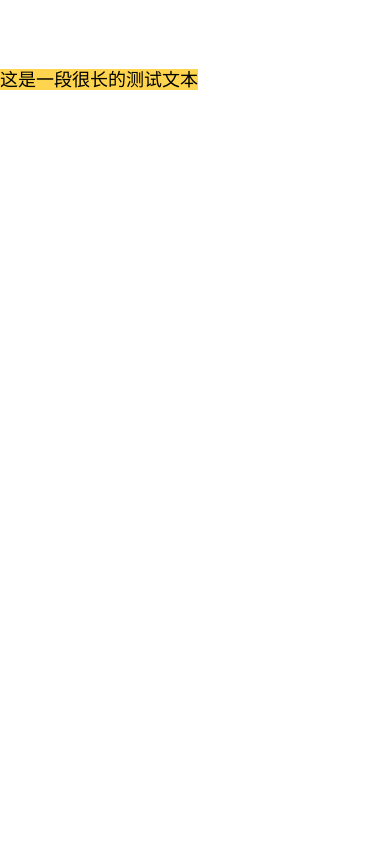
Repository: obstrux/test-vosk
Page: /
The author's editor kept a copy of each file at every save. The page is drawn from the files as they stood at one save, then again after a run of saves.
The browser window is 390 px wide. The pictures show the whole page.
The app was drawn by React Native's web renderer in a window 390 px wide. The project was rebuilt for these pictures with package versions that can differ from the ones it lists, and the page was loaded fresh each time.

Above is the page before, as saved 2025-11-02 21:30:30.

### App.tsx
/**
 * Sample React Native App
 * https://github.com/facebook/react-native
 *
 * @format
 */

import { NewAppScreen } from '@react-native/new-app-screen';
import { StatusBar, StyleSheet, useColorScheme, View } from 'react-native';
import {
  SafeAreaProvider,
  useSafeAreaInsets,
} from 'react-native-safe-area-context';
import ReaderHighlighter from './ReaderHighlighter';
import { useEffect, useState } from 'react';

function App() {
  const isDarkMode = useColorScheme() === 'dark';

  return (
    <SafeAreaProvider>
      <StatusBar barStyle={isDarkMode ? 'light-content' : 'dark-content'} />
      <AppContent />
    </SafeAreaProvider>
  );
}

function AppContent() {
  const safeAreaInsets = useSafeAreaInsets();

  const [fullText, setFullText] = useState('这是一段很长的测试文本');
  const [recognizedText, setRecognizedText] = useState('');

  useEffect(() => {
		const arr = fullText.split('')
    setTimeout(() => {
      setRecognizedText('这是一段很长的测试文本');
    }, 1000);
  }, []);

  return (
    <View style={styles.container}>
      <ReaderHighlighter fullText={fullText} recognizedText={recognizedText} />
    </View>
  );
}

const styles = StyleSheet.create({
  container: {
    flex: 1,
    paddingTop: 64,
  },
});

export default App;

### ReaderHighlighter.tsx
import React, { useRef, useState, useEffect } from 'react';
import { Text, View, ScrollView, StyleSheet } from 'react-native';
import { diff_match_patch } from 'diff-match-patch';

const dmp = new diff_match_patch();

const ReaderHighlighter = ({ fullText, recognizedText }) => {
  const scrollRef = useRef<ScrollView>(null);
  const cursorRef = useRef<Text>(null);
  const [readIndex, setReadIndex] = useState(0);

  useEffect(() => {
    if (!recognizedText) return;
    updateReadIndex(recognizedText);
  }, [recognizedText]);

  // 容错推进匹配
  const updateReadIndex = (recognized: string) => {
    const diff = dmp.diff_main(fullText.slice(readIndex), recognized);
    dmp.diff_cleanupSemantic(diff);

    let matched = 0;
    diff.forEach(([type, value]) => {
      if (type === 0) matched += value.length; // 匹配字数累加
    });

    const newIndex = Math.min(readIndex + matched, fullText.length);
    if (newIndex !== readIndex) {
      setReadIndex(newIndex);
      scrollToReading();
    }
  };

  // 自动滚动到当前阅读位置
  const scrollToReading = () => {
    setTimeout(() => {
      cursorRef.current?.measureLayout(
        scrollRef.current.getScrollableNode(),
        (x, y) => {
          scrollRef.current?.scrollTo({ y: y - 100, animated: true });
        },
      );
    }, 50);
  };

  return (
    <ScrollView ref={scrollRef} style={styles.container}>
      <Text style={styles.text}>
        <Text style={styles.read}>{fullText.slice(0, readIndex)}</Text>

        <Text ref={cursorRef} style={styles.playing}>
          {fullText[readIndex] || ''}
        </Text>

        <Text style={styles.unread}>{fullText.slice(readIndex + 1)}</Text>
      </Text>
    </ScrollView>
  );
};

const styles = StyleSheet.create({
  container: { flex: 1 },
  text: { fontSize: 18, lineHeight: 32 },
  read: { backgroundColor: '#FFD54F' },
  playing: { backgroundColor: '#FF9800', color: '#fff' },
  unread: { color: '#777' },
});

export default ReaderHighlighter;

After the next 2 saves:
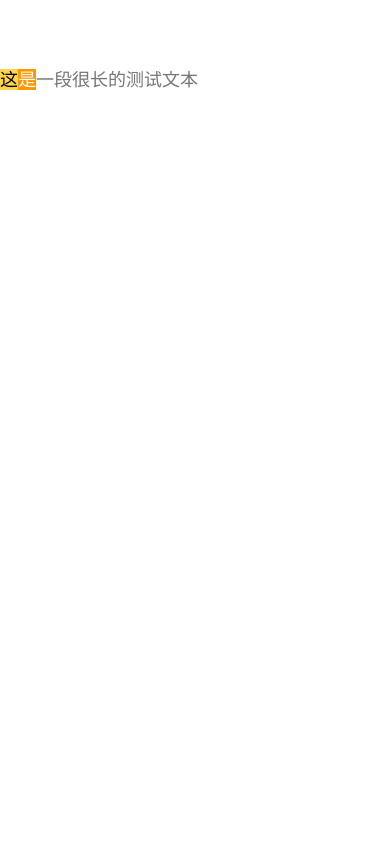
The 2 saves are shown as one change because they came seconds apart.
The last was saved 7 s later.
--- a/App.tsx
+++ b/App.tsx
@@ -32,9 +32,9 @@ function AppContent() {
   const [recognizedText, setRecognizedText] = useState('');
 
   useEffect(() => {
-		const arr = fullText.split('')
+    const arr = fullText.split('');
     setTimeout(() => {
-      setRecognizedText('这是一段很长的测试文本');
+      setRecognizedText(arr.pop());
     }, 1000);
   }, []);
 
